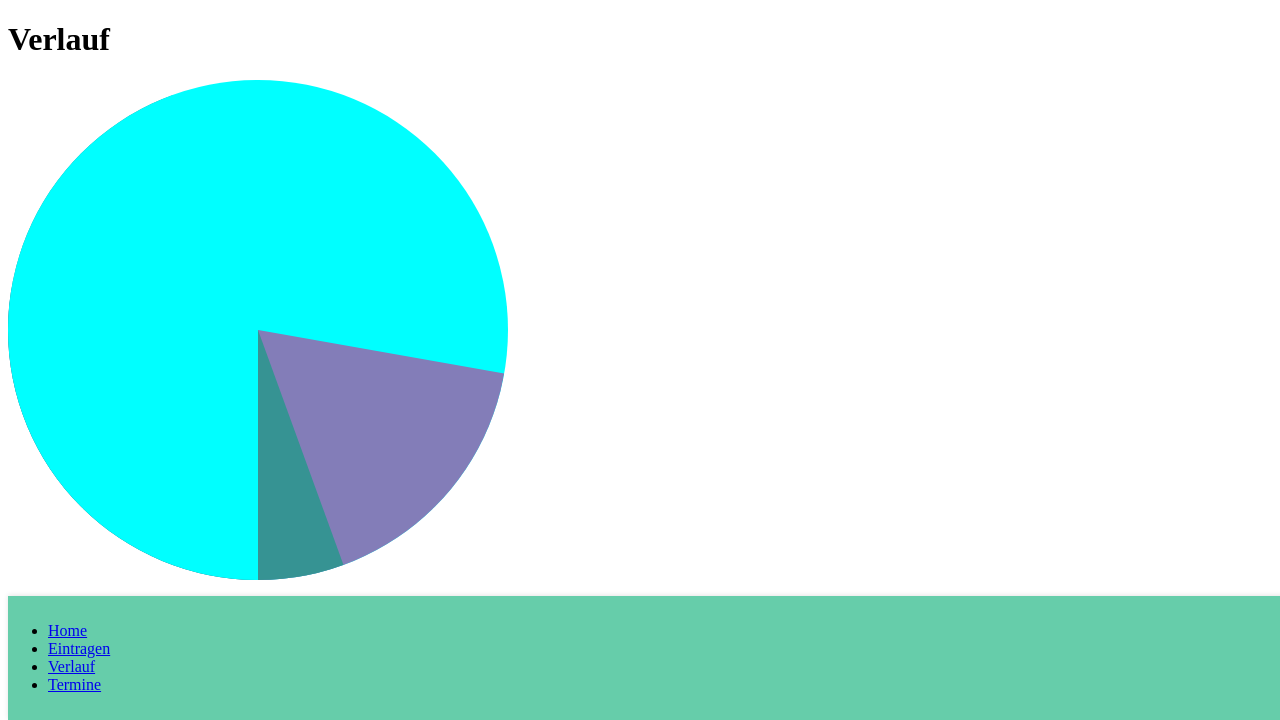
Repository: jakemoes/Pet-Tracker
Page: PWA/trend.html
The author's editor kept a copy of each file at every save. The page is drawn from the files as they stood at one save, then again after the next save.
The browser window is 1280 px wide. The pictures show the whole page.

Above is the page before, as saved 2024-12-05 01:20:45.

### PWA/trend.html
<!DOCTYPE html>
<html>
    <head>
        <meta charset="UTF-8">
        <meta name="viewport" content="width=device-width, initial-scale=1.0">
        <title>Verlauf</title>
        <link rel="stylesheet" href="trend.css">
    </head>

    </head>

    <body>
        <h1>Verlauf</h1>

        <div class="container">
            <div class="layer"></div>
            <div class="layer"></div>
            <div class="layer"></div>
            <div class="layer"></div>
        </div>


        <footer>
            <nav>
                <ul class="nav-bar">
                    <li><a href="welcome.html">Home</a></li>
                    <li><a href="#">Eintragen</a></li>
                    <li><a href="trend.html">Verlauf</a></li>
                    <li><a href="appointment.html">Termine</a></li>
                </ul>
            </nav>
        </footer>
    </body>




</html>

### PWA/trend.css



.container {
    position: relative;
    width: 500px;
    height: 500px;
    background-color: transparent;
    border-radius: 50%;
    overflow: hidden;
}

.layer {
    position: absolute;
    width: 100%;
    height: 100%;
    transform-origin: 0px 250px;
    left: 0;
    top: 0;
    overflow: hidden;
}

.layer::before {
    content: "";
    width: 100%;
    height: 100%;
    position: absolute;
    background-color: transparent;
    transform-origin: 0px 250px;
    top: 0;
    left: 0;
}
 .layer:nth-child(1) {
    background-color: aqua;
    transform: translateX(250px) rotate(0deg);
 }

 .layer:nth-child(1)::before {
    transform: rotate(100deg);
 }

 .layer:nth-child(2) {
    background-color: rgb(131, 125, 184);
    transform: translateX(250px) rotate(100deg);
 }

 .layer:nth-child(2)::before {
    transform: rotate(160deg);
 }

 .layer:nth-child(3) {
    background-color: rgb(54, 147, 147);
    transform: translateX(250px) rotate(160deg);
 }

 .layer:nth-child(3)::before {
    transform: rotate(180deg);
 }

 .layer:nth-child(4) {
    background-color: aqua;
    transform: translateX(250px) rotate(180deg);
 }

 .layer:nth-child(4)::before {
    transform: rotate(20deg);
 }

 footer {
    position: fixed;
    bottom: 0;
    width: 100%;
    background-color: #66cdaa;
    padding: 10px 0;
    box-shadow: 0 -1px 5px rgba(0, 0, 0, 0.1);
}

After the next save:
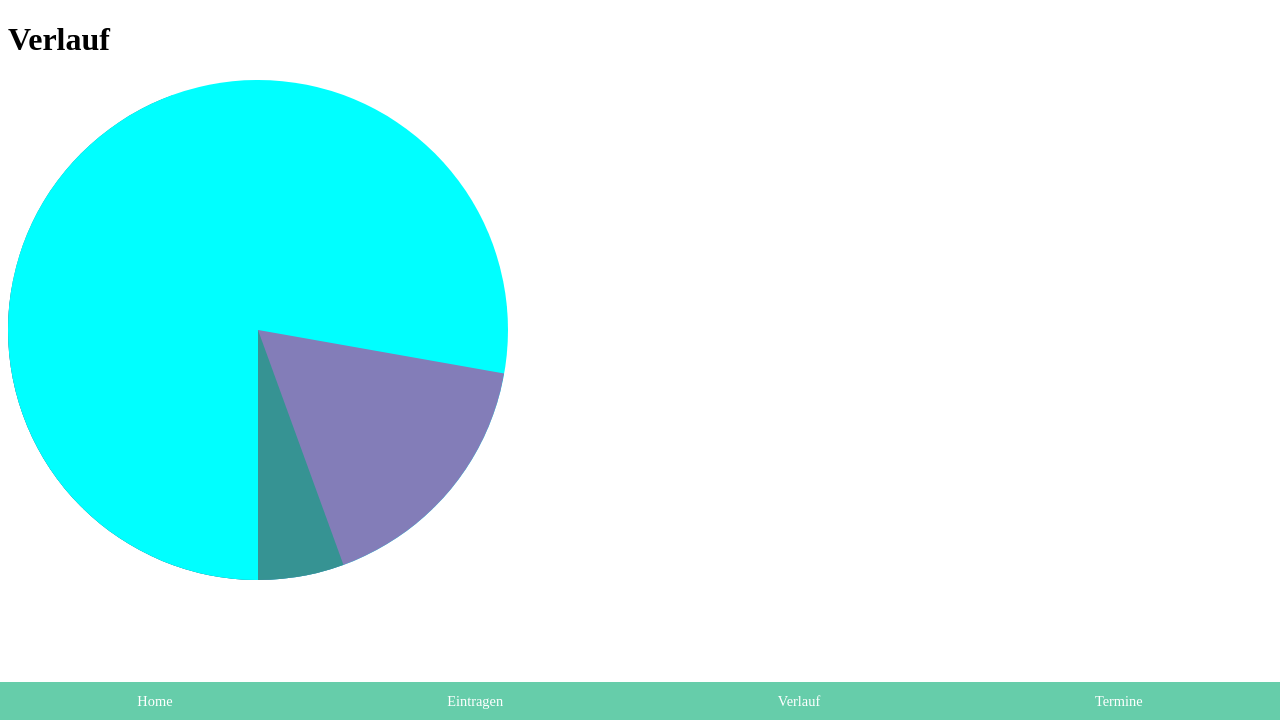
Saved 2 min 10 s later.
--- a/PWA/trend.css
+++ b/PWA/trend.css
@@ -74,3 +74,32 @@
     padding: 10px 0;
     box-shadow: 0 -1px 5px rgba(0, 0, 0, 0.1);
 }
+
+
+.nav-bar {
+    position: fixed;
+    bottom: 0;
+    left: 0;
+    width: 100%; /* Volle Breite des Bildschirms */
+    background-color: #66cdaa; /* Sicherstellen, dass die Farbe gesetzt ist */
+    display: flex;
+    justify-content: space-around;
+    list-style: none;
+    margin: 0; /* Kein Außenabstand */
+    padding: 10px 0; /* Innenabstand */
+    z-index: 10;
+}
+
+.nav-bar li {
+    text-align: center;
+}
+
+.nav-bar a {
+    text-decoration: none;
+    color: white;
+    font-size: 0.9em;
+}
+
+.nav-bar a:hover {
+    text-decoration: underline;
+}
